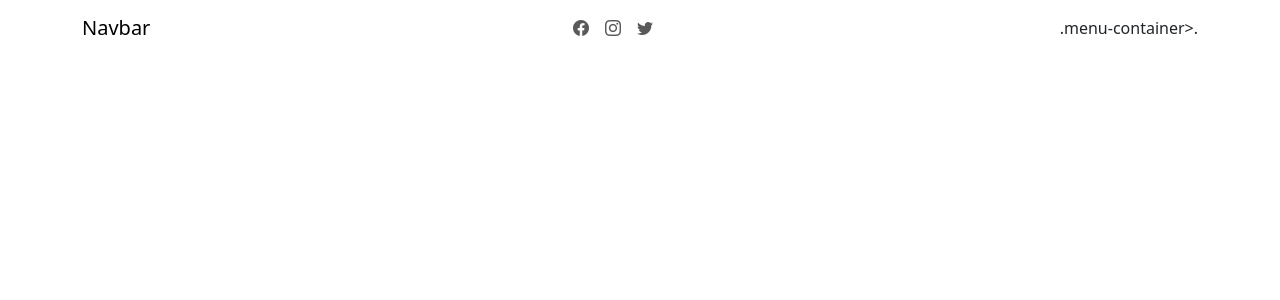
Repository: tagnam/project27012025
Page: index.html
The author's editor kept a copy of each file at every save. The page is drawn from the files as they stood at one save, then again after a run of saves.
The browser window is 1280 px wide. The pictures show the whole page.

Above is the page before, as saved 2025-01-27 13:22:54.

After the next 3 saves:
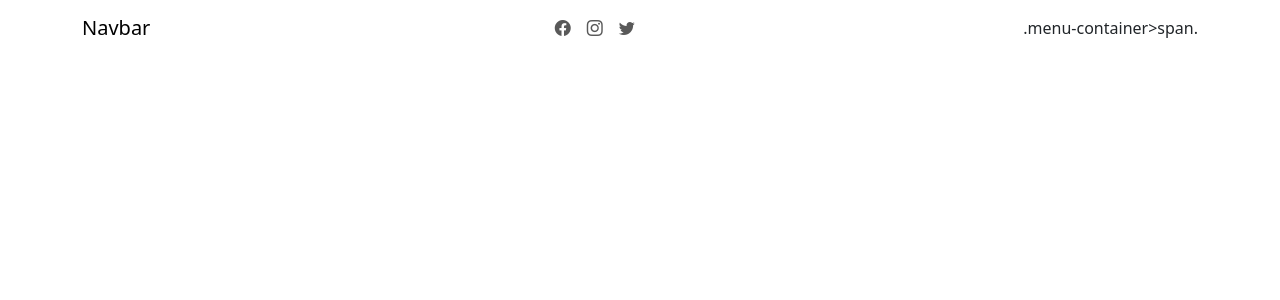
The 3 saves are shown as one change because they came seconds apart.
The last was saved 10 s later.
--- a/index.html
+++ b/index.html
@@ -31,7 +31,7 @@
 
             </ul>
             <div class="d-flex">
-               .menu-container>.
+               .menu-container>span.
 
             </div>
           </div>
